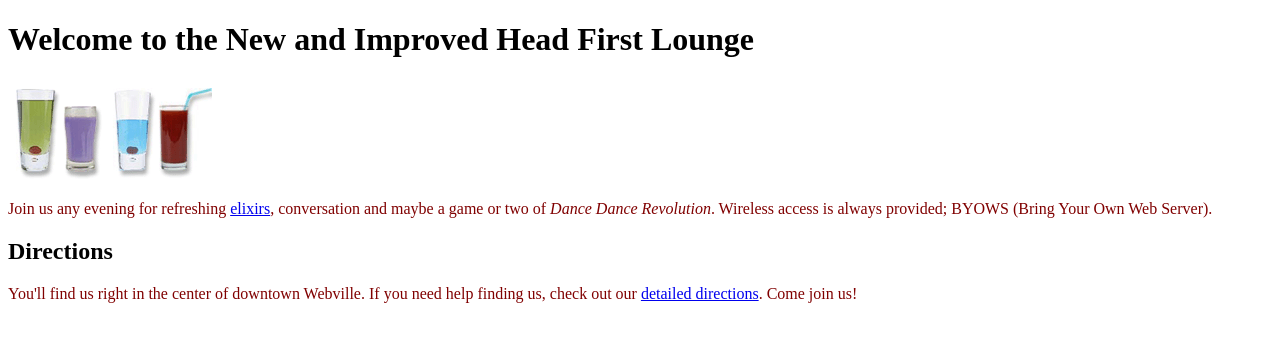
Repository: Dearning/head-first-html-css
Page: chapter7/lounge.html
The author's editor kept a copy of each file at every save. The page is drawn from the files as they stood at one save, then again after the next save.
The browser window is 1280 px wide. The pictures show the whole page.

Above is the page before, as saved 2021-09-20 18:34:17.

After the next save:
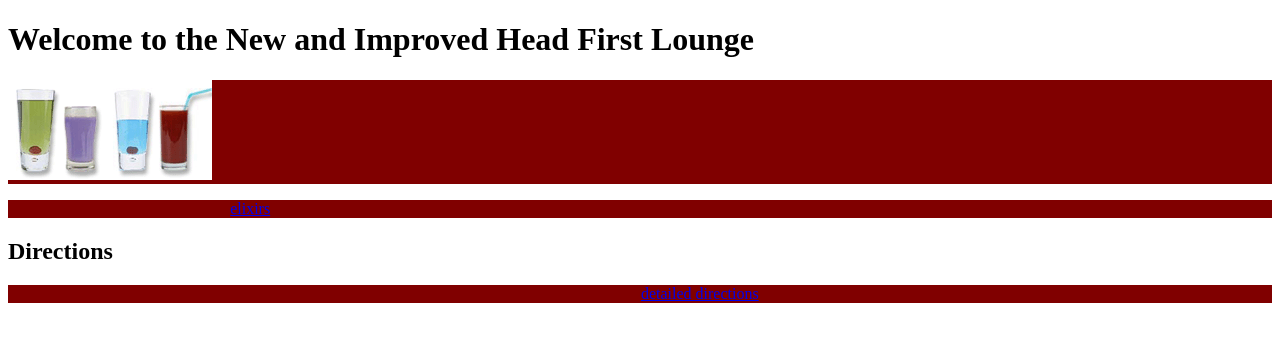
Saved 31 s later.
--- a/chapter7/lounge.html
+++ b/chapter7/lounge.html
@@ -4,7 +4,8 @@
     <meta charset="utf-8">
     <title>Head First Lounge</title>
     <style>
-      p{color: maroon;}
+      p{color: maroon;
+      background-color: maroon;}
     </style>
   </head>
   <body>
